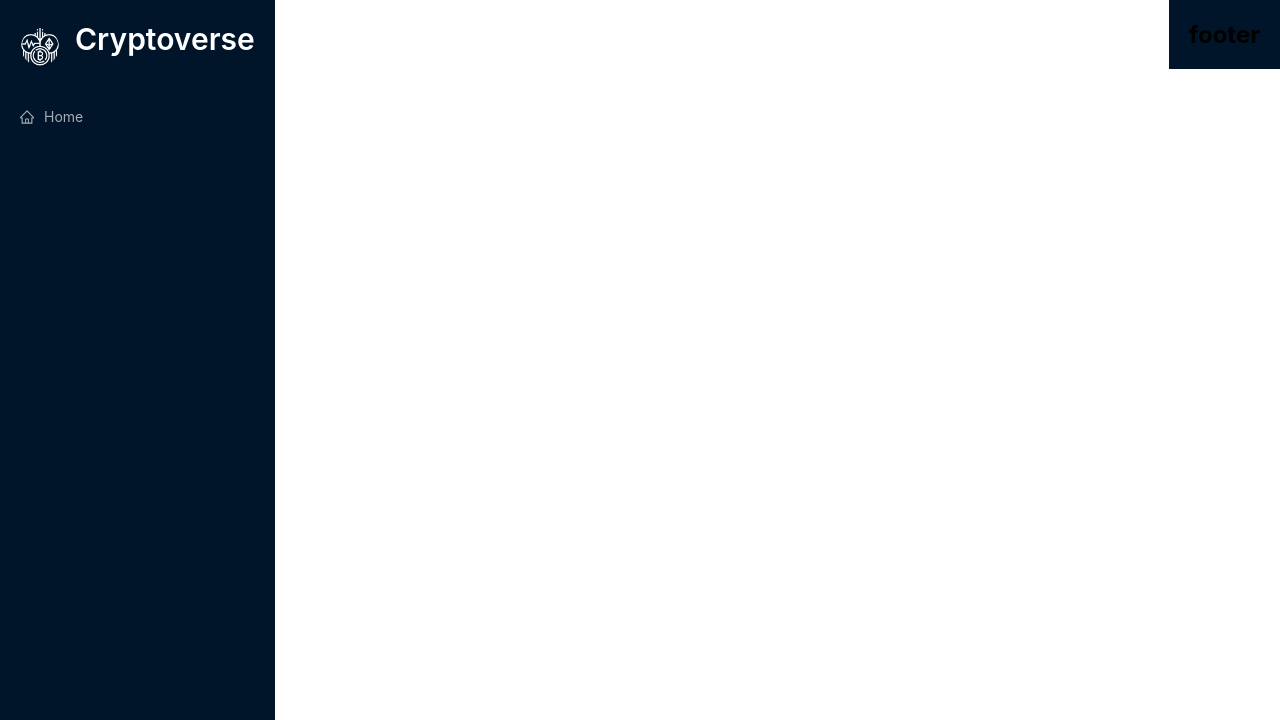
Repository: EyanIngles/CryptoWatcher
Page: /news
The author's editor kept a copy of each file at every save. The page is drawn from the files as they stood at one save, then again after the next save.
The browser window is 1280 px wide. The pictures show the whole page.
The project was rebuilt for these pictures with package versions that can differ from the ones it lists, and the page was loaded fresh each time. A package was used in the major version that the imports need, not the one package.json lists.

Above is the page before, as saved 2024-04-30 17:33:55.

After the next save:
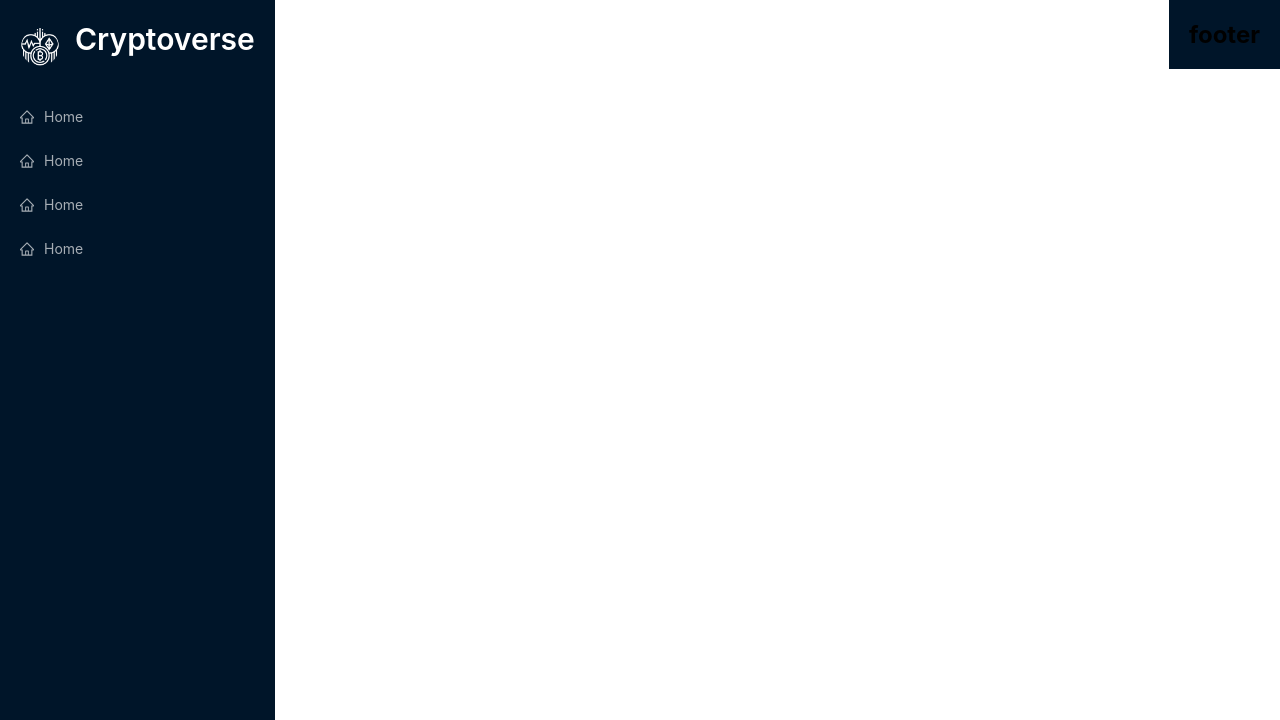
Saved 25 s later.
--- a/src/components/Navbar.jsx
+++ b/src/components/Navbar.jsx
@@ -18,6 +18,15 @@ const Navbar = () => {
           <Menu.Item icon={<HomeOutlined />}>
             <Link to="/">Home</Link>
           </Menu.Item>
+          <Menu.Item icon={<HomeOutlined />}>
+            <Link to="/">Home</Link>
+          </Menu.Item>
+          <Menu.Item icon={<HomeOutlined />}>
+            <Link to="/">Home</Link>
+          </Menu.Item>
+          <Menu.Item icon={<HomeOutlined />}>
+            <Link to="/">Home</Link>
+          </Menu.Item>
         </Menu>
     </div>
   )
